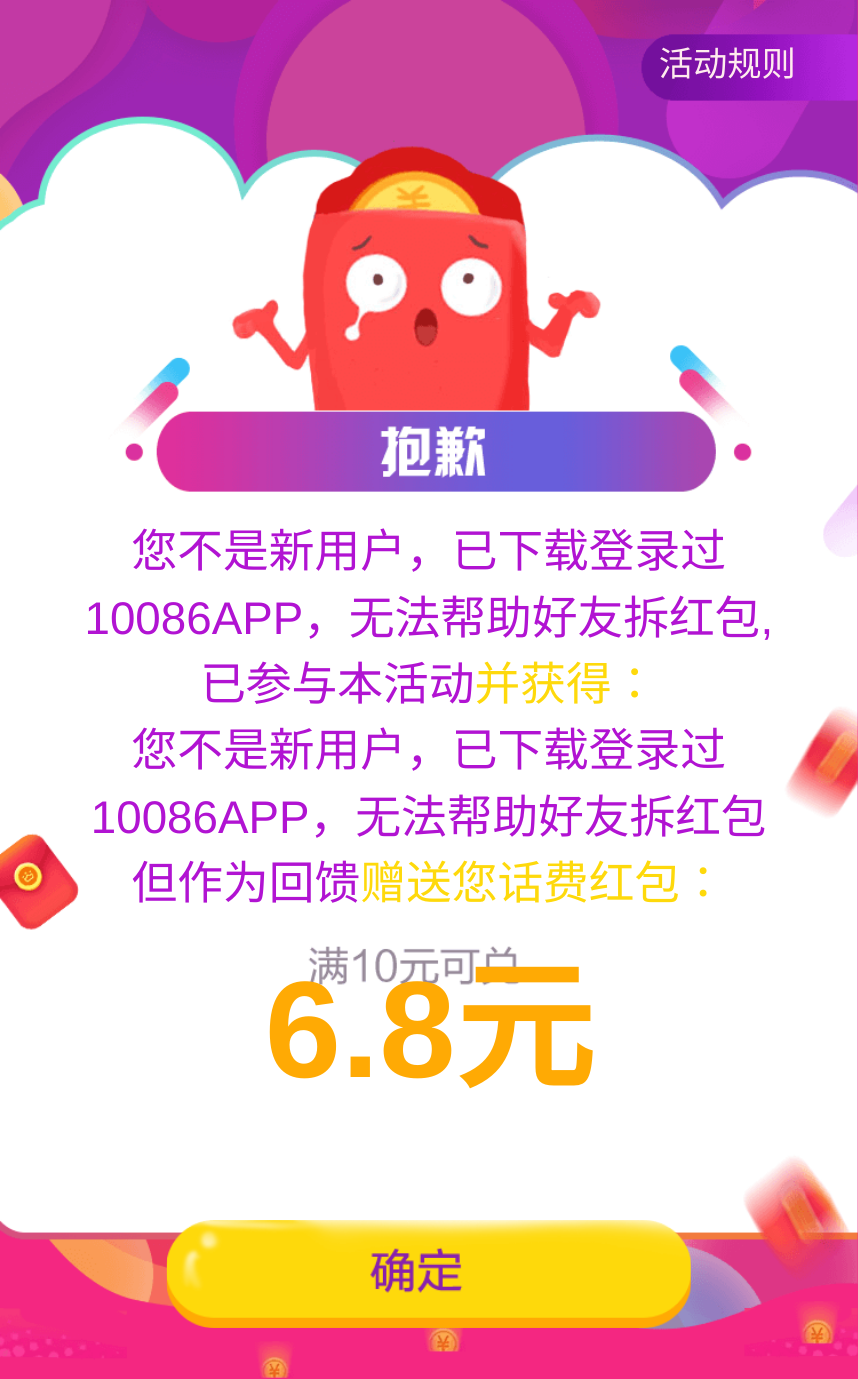
Repository: wangbiaozy/hb
Page: index_fail.html
The author's editor kept a copy of each file at every save. The page is drawn from the files as they stood at one save, then again after the next save.
The browser window is 1280 px wide. The pictures show the whole page, at 67% of full size.

Above is the page before, as saved 2018-08-17 11:13:12.

After the next save:
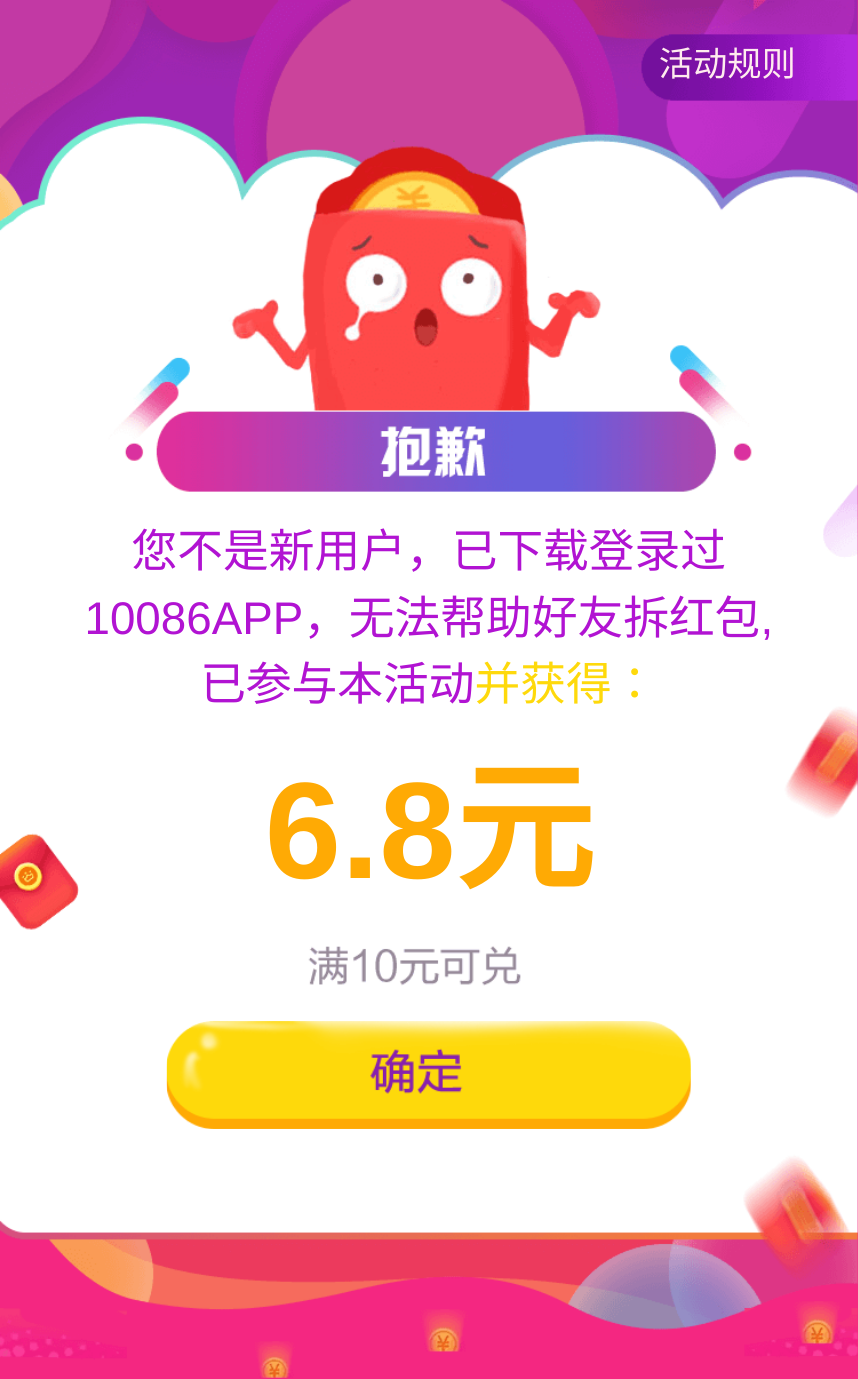
Saved 7 s later.
--- a/index_fail.html
+++ b/index_fail.html
@@ -13,7 +13,7 @@
     <section class="main">
         <a id="rule_btn" href="javascript:void(0)">活动规则</a>
         <p>您不是新用户，已下载登录过10086APP，无法帮助好友拆红包,已参与本活动<span>并获得：</span></p>
-        <p>您不是新用户，已下载登录过10086APP，无法帮助好友拆红包但作为回馈<span>赠送您话费红包：</span></p>
+        <!-- <p>您不是新用户，已下载登录过10086APP，无法帮助好友拆红包但作为回馈<span>赠送您话费红包：</span></p> -->
         <h2><span>6.8</span>元</h2>
         <a href=""></a>
     </section>
